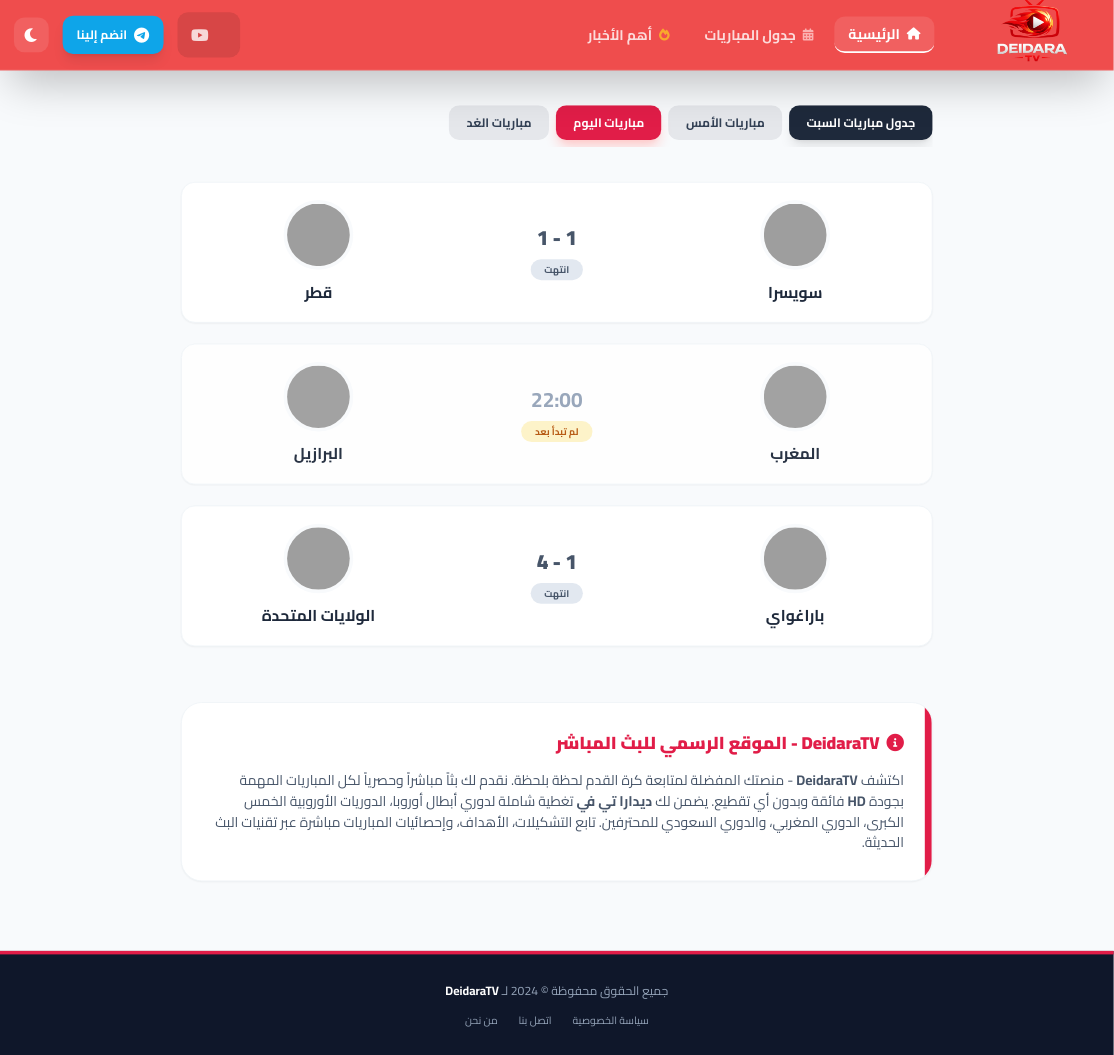
Repository: zakariax05/deidaraTV
Page: index.html
An editor plug-in stored every save of this project. The page is shown before and after the next save, followed by the edit.
The browser window is 1280 px wide. The pictures show the whole page, at 87% of full size.
Pictures or frames that could not be fetched are drawn as grey boxes. Some web libraries are served in a nearby version.

Above is the page before, as saved 2026-06-14 02:27:23.

### index.html
<!DOCTYPE html>
<html lang="ar" dir="rtl">

<head>
  <meta charset="UTF-8">
  <meta name="viewport" content="width=device-width, initial-scale=1.0">
  <title>DeidaraTV - ديدارا تي في | بث مباشر للمباريات</title>
  <script src="https://cdn.tailwindcss.com"></script>
  <link href="https://cdnjs.cloudflare.com/ajax/libs/font-awesome/6.0.0/css/all.min.css" rel="stylesheet">
  <style>
    @import url('https://fonts.googleapis.com/css2?family=Cairo:wght@400;600;700;900&display=swap');

    body {
      font-family: 'Cairo', sans-serif;
      background-color: #f8fafc;
    }

    .match-card {
      transition: all 0.3s ease;
    }

    .match-card:hover {
      transform: scale(1.01);
      box-shadow: 0 10px 20px -5px rgba(0, 0, 0, 0.1);
    }

    .bg-red-primary {
      background-color: #e11d48;
    }

    .text-red-primary {
      color: #e11d48;
    }

    .border-red-primary {
      border-color: #e11d48;
    }
  </style>
</head>

<body class="text-slate-800">

  <!-- Header / الهيدر -->
  <!-- الهيدر المطور للرئيسية - DeidaraTV -->
  <header
    class="bg-red-500 text-white shadow-2xl sticky top-0 z-[100] backdrop-blur-md bg-opacity-95 border-b border-white/10">
    <div class="container mx-auto px-4">
      <div class="flex justify-between items-center h-16 md:h-20">

        <!-- القسم الأيمن: الشعار والقائمة -->
        <div class="flex items-center gap-6 md:gap-10">
          <!-- اللوجو مع ميزة إعادة التحميل -->
          <div onclick="window.location.reload()"
            class="flex items-center gap-3 cursor-pointer group select-none transition-transform active:scale-95">
            <img src="imgs/logo-deidaratv.png" alt="DeidaraTV Logo Badge"
              class="h-16 md:h-[150px] w-auto object-contain transition-all hover:scale-105">

          </div>

          <!-- الروابط الأساسية (تظهر في الشاشات الكبيرة) -->
          <nav class="hidden lg:flex items-center gap-2">
            <a href="#"
              class="flex items-center gap-2 px-4 py-2 rounded-xl bg-white/10 hover:bg-white/20 transition-all font-bold border-b-2 border-white">
              <i class="fas fa-home text-sm"></i> الرئيسية
            </a>
            <a href="#"
              class="flex items-center gap-2 px-4 py-2 rounded-xl hover:bg-white/10 transition-all font-bold opacity-80 hover:opacity-100">
              <i class="fas fa-calendar-alt text-sm text-red-200"></i> جدول المباريات
            </a>
            <a href="#"
              class="flex items-center gap-2 px-4 py-2 rounded-xl hover:bg-white/10 transition-all font-bold opacity-80 hover:opacity-100">
              <i class="fas fa-fire text-sm text-amber-400"></i> أهم الأخبار
            </a>
          </nav>
        </div>

        <!-- القسم الأيسر: أيقونات التواصل والأدوات -->
        <div class="flex items-center gap-2 md:gap-4">

          <!-- أيقونات التواصل الاجتماعي بتنسيق أرقى -->
          <div class="hidden sm:flex items-center bg-black/10 rounded-xl px-2 py-1 gap-1">
            <a href="#" class="p-2 hover:bg-white/10 rounded-lg transition-colors text-white/80 hover:text-white"
              title="Twitter">
              <i class="fab fa-x-twitter text-lg"></i>
            </a>
            <a href="#" class="p-2 hover:bg-white/10 rounded-lg transition-colors text-white/80 hover:text-white"
              title="YouTube">
              <i class="fab fa-youtube text-lg"></i>
            </a>
          </div>

          <!-- زر تليجرام (مميز بلونه الخاص) -->
          <a href="#"
            class="bg-sky-500 hover:bg-sky-400 text-white p-2 md:px-4 md:py-2 rounded-xl transition-all shadow-lg flex items-center gap-2 font-bold text-sm">
            <i class="fab fa-telegram-plane text-lg"></i>
            <span class="hidden md:inline">انضم إلينا</span>
          </a>

          <!-- زر الوضع الليلي -->
          <button
            class="w-10 h-10 flex items-center justify-center rounded-xl bg-white/10 hover:bg-white/20 transition-colors">
            <i class="fas fa-moon text-lg"></i>
          </button>

          <!-- زر الموبايل -->
          <button class="lg:hidden w-10 h-10 flex items-center justify-center rounded-xl bg-white/10 hover:bg-white/20">
            <i class="fas fa-bars text-xl"></i>
          </button>
        </div>

      </div>
    </div>
  </header>

  <!-- Content / المحتوى الرئيسي -->
  <main class="container mx-auto px-4 max-w-4xl mt-10 pb-20">

    <!-- الأزرار العلوية -->
    <div class="flex flex-wrap justify-start gap-2 mb-10 overflow-x-auto pb-2">
      <button class="px-5 py-2.5 bg-slate-800 text-white rounded-xl text-sm font-bold whitespace-nowrap shadow-lg">جدول
        مباريات السبت</button>
      <button
        class="px-5 py-2.5 bg-gray-200 hover:bg-gray-300 text-slate-700 rounded-xl text-sm font-bold transition whitespace-nowrap">مباريات
        الأمس</button>
      <button
        class="px-5 py-2.5 bg-red-primary text-white rounded-xl text-sm font-bold shadow-lg shadow-red-200 whitespace-nowrap">مباريات
        اليوم</button>
      <button
        class="px-5 py-2.5 bg-gray-200 hover:bg-gray-300 text-slate-700 rounded-xl text-sm font-bold transition whitespace-nowrap">مباريات
        الغد</button>
    </div>

    <!-- قائمة المباريات -->
    <div class="space-y-6">

      <!-- مباراة مباشرة -->
      <div
        class="match-card bg-white rounded-2xl p-5 flex items-center justify-between border border-slate-100 shadow-sm">
        <div class="flex flex-col items-center w-1/3">
          <img src="https://flagcdn.com/w160/ch.png" alt="سويسرا"
            class="w-14 h-14 md:w-20 md:h-20 rounded-full object-cover border-4 border-slate-50 shadow-inner mb-3">
          <span class="font-bold text-sm md:text-lg">سويسرا</span>
        </div>

        <div class="flex flex-col items-center w-1/3">
          <div class="text-2xl font-black text-slate-600 mb-2">1 - 1</div>
          <span class="bg-slate-200 text-slate-600 text-[11px] px-4 py-1 rounded-full font-bold">انتهت</span>
        </div>

        <div class="flex flex-col items-center w-1/3">
          <img src="https://flagcdn.com/w160/qa.png" alt="قطر"
            class="w-14 h-14 md:w-20 md:h-20 rounded-full object-cover border-4 border-slate-50 shadow-inner mb-3">
          <span class="font-bold text-sm md:text-lg">قطر</span>
        </div>
      </div>

      <!-- مباراة المغرب (لم تبدأ) -->
      <!-- قمت بتغيير الـ div الأول إلى a وإضافة الرابط و cursor-pointer -->
      <a href="watching-page.html"
        class="match-card bg-white rounded-2xl p-5 flex items-center justify-between border border-slate-100 shadow-sm opacity-95 cursor-pointer hover:bg-slate-50 transition-all block">

        <!-- الفريق الأول -->
        <div class="flex flex-col items-center w-1/3">
          <img src="https://flagcdn.com/w160/ma.png" alt="المغرب"
            class="w-14 h-14 md:w-20 md:h-20 rounded-full object-cover border-4 border-slate-50 shadow-inner mb-3">
          <span class="font-bold text-sm md:text-lg text-slate-800">المغرب</span>
        </div>

        <!-- توقيت المباراة -->
        <div class="flex flex-col items-center w-1/3">
          <div class="text-2xl font-bold text-slate-400 mb-2">22:00</div>
          <span class="bg-amber-100 text-amber-700 text-[11px] px-4 py-1 rounded-full font-bold">لم تبدأ
            بعد</span>
        </div>

        <!-- الفريق الثاني -->
        <div class="flex flex-col items-center w-1/3">
          <img src="https://flagcdn.com/w160/br.png" alt="البرازيل"
            class="w-14 h-14 md:w-20 md:h-20 rounded-full object-cover border-4 border-slate-50 shadow-inner mb-3">
          <span class="font-bold text-sm md:text-lg text-slate-800">البرازيل</span>
        </div>
      </a>

      <!-- مباراة منتهية -->
      <div
        class="match-card bg-white rounded-2xl p-5 flex items-center justify-between border border-slate-100 shadow-sm bg-slate-50/50">
        <div class="flex flex-col items-center w-1/3">
          <img src="https://flagcdn.com/w160/py.png" alt="باراغواي"
            class="w-14 h-14 md:w-20 md:h-20 rounded-full object-cover border-4 border-slate-50 shadow-inner mb-3">
          <span class="font-bold text-sm md:text-lg">باراغواي</span>
        </div>

        <div class="flex flex-col items-center w-1/3">
          <div class="text-2xl font-black text-slate-600 mb-2">1 - 4</div>
          <span class="bg-slate-200 text-slate-600 text-[11px] px-4 py-1 rounded-full font-bold">انتهت</span>
        </div>

        <div class="flex flex-col items-center w-1/3">
          <img src="https://flagcdn.com/w160/us.png" alt="الولايات المتحدة"
            class="w-14 h-14 md:w-20 md:h-20 rounded-full object-cover border-4 border-slate-50 shadow-inner mb-3">
          <span class="font-bold text-sm md:text-lg">الولايات المتحدة</span>
        </div>
      </div>

    </div>

    <!-- SEO / قسم المعلومات -->
    <section
      class="mt-16 bg-white rounded-3xl p-8 border border-slate-100 shadow-sm leading-relaxed relative overflow-hidden">
      <div class="absolute top-0 right-0 w-2 h-full bg-red-primary"></div>
      <h2 class="text-red-primary font-black text-xl mb-4 flex items-center gap-2">
        <i class="fas fa-info-circle"></i> DeidaraTV - الموقع الرسمي للبث المباشر
      </h2>
      <p class="text-slate-600 text-sm md:text-base leading-8">
        اكتشف <strong>DeidaraTV</strong> - منصتك المفضلة لمتابعة كرة القدم لحظة بلحظة. نقدم لك بثاً مباشراً
        وحصرياً لكل المباريات المهمة بجودة <strong>HD</strong> فائقة وبدون أي تقطيع. يضمن لك <strong>ديدارا تي
          في</strong> تغطية شاملة لدوري أبطال أوروبا، الدوريات الأوروبية الخمس الكبرى، الدوري المغربي، والدوري
        السعودي للمحترفين. تابع التشكيلات، الأهداف، وإحصائيات المباريات مباشرة عبر تقنيات البث الحديثة.
      </p>
    </section>

  </main>

  <!-- Footer / الفوتر -->
  <footer class="bg-slate-900 text-slate-400 py-8 text-center border-t-4 border-red-primary">
    <div class="container mx-auto px-4">
      <p class="text-sm">جميع الحقوق محفوظة &copy; 2024 لـ <span class="text-white font-bold">DeidaraTV</span></p>
      <div class="flex justify-center gap-6 mt-4 text-xs">
        <a href="#" class="hover:text-white">سياسة الخصوصية</a>
        <a href="#" class="hover:text-white">اتصل بنا</a>
        <a href="#" class="hover:text-white">من نحن</a>
      </div>
    </div>
  </footer>

</body>

</html>

After the next save:
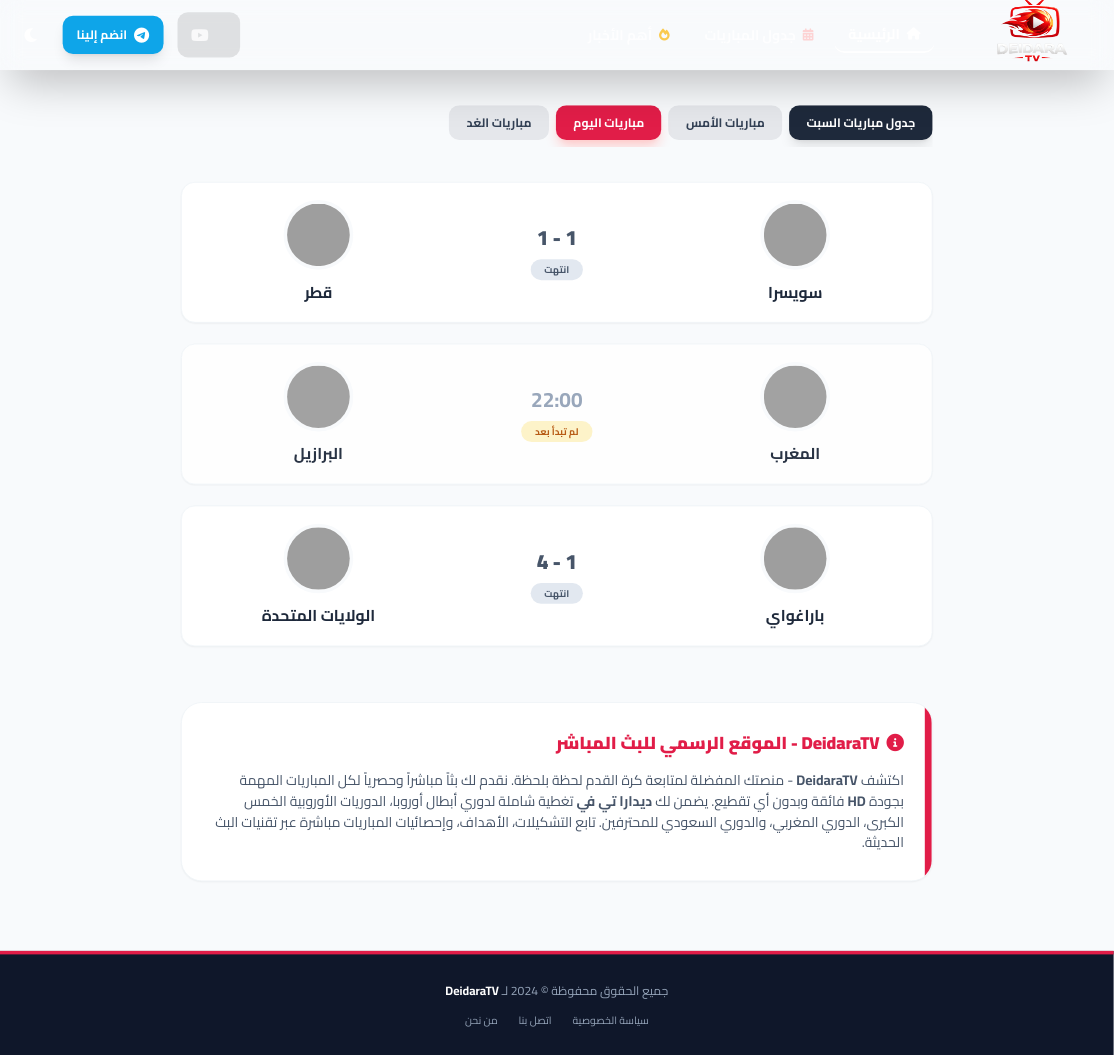
Saved 21 s later.
--- a/index.html
+++ b/index.html
@@ -43,7 +43,7 @@
   <!-- Header / الهيدر -->
   <!-- الهيدر المطور للرئيسية - DeidaraTV -->
   <header
-    class="bg-red-500 text-white shadow-2xl sticky top-0 z-[100] backdrop-blur-md bg-opacity-95 border-b border-white/10">
+    class="bg-black-500 text-white shadow-2xl sticky top-0 z-[100] backdrop-blur-md bg-opacity-95 border-b border-white/10">
     <div class="container mx-auto px-4">
       <div class="flex justify-between items-center h-16 md:h-20">
 
